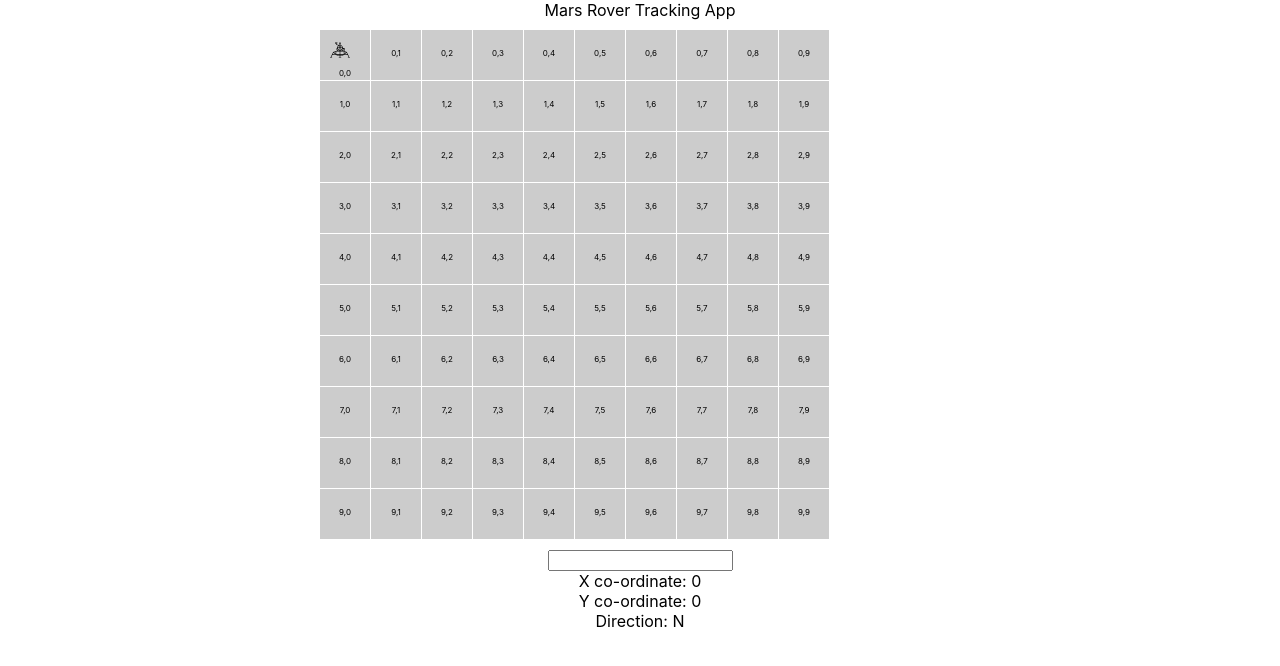
Repository: madhurisandbhor/Rover-Tracking-App
Page: /
An editor plug-in stored every save of this project. The page is shown before and after the next save, followed by the edit.
The browser window is 1280 px wide. The pictures show the whole page.
The project was rebuilt for these pictures with package versions that can differ from the ones it lists, and the page was loaded fresh each time.

Above is the page before, as saved 2021-09-06 19:09:06.

### src/App.js
import './App.css';
import Grid from './Grid'

function App() {
  return (
    <div className="App">
      <div>Mars Rover Tracking App</div>
      <Grid />
    </div>
  );
}

export default App;

### src/Grid.jsx
import React, { useState, useEffect } from 'react'
import { maxY, maxX, x, y, d } from './constants'
import testGrid from './testGrid'
import roverIcon from './svg/rover-icon.svg'

const wrapper = {
  width: '50%',
  margin: '10px auto',
}

const grid= {
    margin: '10px auto',
    display: 'grid',
    gridTemplateColumns: `repeat(${maxY + 1}, 50px)`,
    gridTemplateRows: `repeat(${maxX + 1}, 50px)`,
    gridGap: '1px',
  }

const itemStyle = {
  padding: '10px',
  backgroundColor: '#ccc',
}

const itemSpan = {
  fontSize: '8px',
}

const roverImg = {
  width: '20px',
  height: '20px',
  alignText: 'center',
}

const Grid = () => {
  const gridLength = (maxX + 1) * (maxY + 1)
  const totalItems = Array(gridLength).fill()
  const [input, setInput] = useState('')
  const [roverXPosition, setRoverXPosition] = useState(x)
  const [roverYPosition, setRoverYPosition] = useState(y)
  const [roverDirection, setRoverDirection] = useState(d)
  const [transformProp, setTransformProp] = useState()

  useEffect(() => {
    const result = testGrid(input)
    setRoverXPosition(result[0]) // X-position
    setRoverYPosition(result[1]) // y-position
    setRoverDirection(result[2]) // direction

    if (roverDirection === 'N') setTransformProp('rotate(0deg)')
    else if (roverDirection === 'E') setTransformProp('rotate(90deg)')
    else if (roverDirection === 'S') setTransformProp('rotate(180deg)')
    else if (roverDirection === 'W') setTransformProp('rotate(-90deg)')
  }, [input, roverDirection])

  return (
    <div style={wrapper}>
      <div style={grid}>
        {totalItems.map((item, index) => (
          <div key={index} style={itemStyle}>
            {roverXPosition * 10 + roverYPosition === index && (
              <div style={roverImg}>
                <img
                  style={{ width: '100%', transform: transformProp }}
                  src={roverIcon}
                  alt="rover"
                />
              </div>
            )}
            <span style={itemSpan}>
              {Math.floor(index / 10)},{index % 10}
            </span>
          </div>
        ))}
      </div>
      <input
        name="inputString"
        value={input}
        onChange={(event) => setInput(event.target.value)}
      />
      <div>
        <div>X co-ordinate: {roverXPosition}</div>
        <div>Y co-ordinate: {roverYPosition}</div>
        <div> Direction: {roverDirection}</div>
      </div>
    </div>
  )
}

export default Grid

### src/constants.js
export const x = 0, y = 0, maxX = 9, maxY = 9;
export const d = 'N';
export const directionsToRight = ['N', 'E', 'S', 'W']
export const directionsToLeft = ['N', 'W', 'S', 'E']

### src/testGrid.js
import {
  x,
  y,
  d,
  directionsToRight,
  directionsToLeft,
  maxX,
  maxY,
} from './constants'

const testGrid = (testString) => {
  const roverPosition = [x, y, d]
  const testArr = testString.split('')

  for (let i = 0; i < testArr.length; i++) {
    if (testArr[i] === 'r') {
      let currDirIndex = directionsToRight.findIndex(
        (item) => item === roverPosition[2]
      )
      if (currDirIndex > -1 && currDirIndex < 3)
        roverPosition[2] = directionsToRight[currDirIndex + 1]
      else roverPosition[2] = directionsToRight[0]
    } else if (testArr[i] === 'l') {
      let currDirIndex = directionsToLeft.findIndex(
        (item) => item === roverPosition[2]
      )
      if (currDirIndex > -1 && currDirIndex < 3)
        roverPosition[2] = directionsToLeft[currDirIndex + 1]
      else roverPosition[2] = directionsToLeft[0]
    } else if (testArr[i] === 'f') {
      if (roverPosition[2] === 'E') {
        if (roverPosition[1] < maxY) roverPosition[1]++
        else roverPosition[1] = 0
      } else if (roverPosition[2] === 'S') {
        if (roverPosition[0] < maxX) roverPosition[0]++
        else roverPosition[0] = 0
      } else if (roverPosition[2] === 'N') {
        if (roverPosition[0] <= 0) roverPosition[0] = maxX
        else roverPosition[0]--
      } else if (roverPosition[2] === 'W') {
        if (roverPosition[1] <= 0) roverPosition[1] = maxY
        else roverPosition[1]--
      }
    }
  }

  return roverPosition
}

export default testGrid

Loaded but not shown: public/index.html (common file); src/index.js (common file); src/index.css (common file); src/App.css (common file)

After the next save:
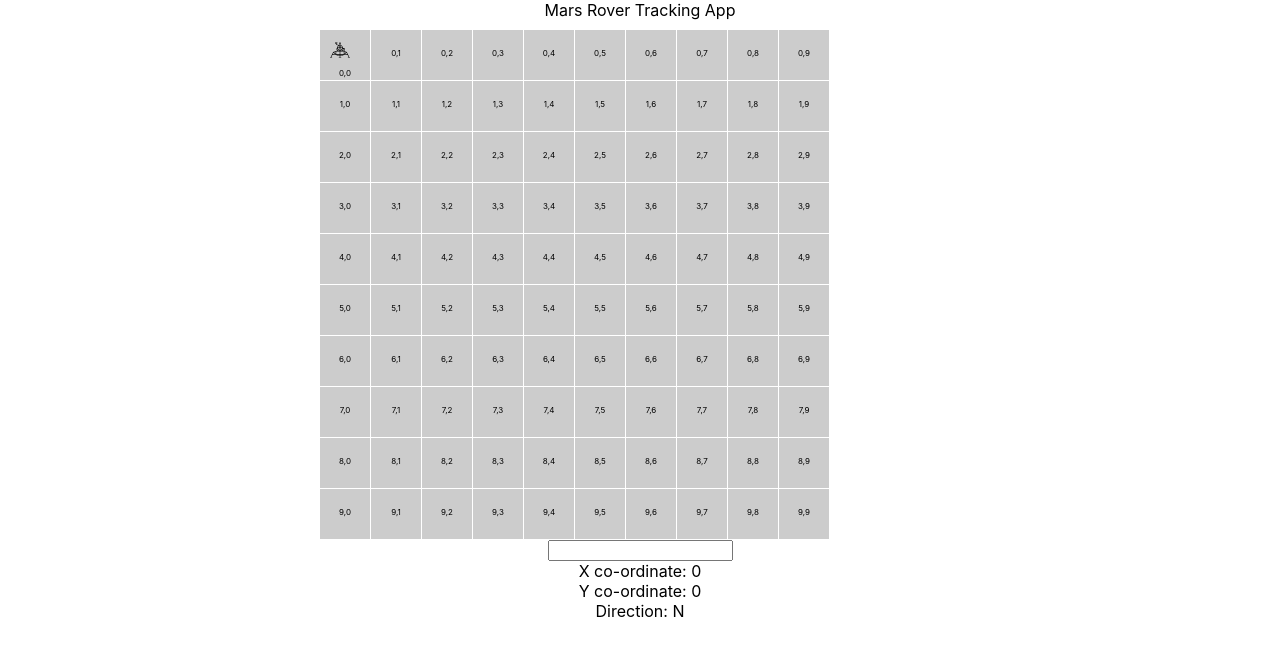
Saved 8 s later.
--- a/src/Grid.jsx
+++ b/src/Grid.jsx
@@ -9,7 +9,6 @@ const wrapper = {
 }
 
 const grid= {
-    margin: '10px auto',
     display: 'grid',
     gridTemplateColumns: `repeat(${maxY + 1}, 50px)`,
     gridTemplateRows: `repeat(${maxX + 1}, 50px)`,
